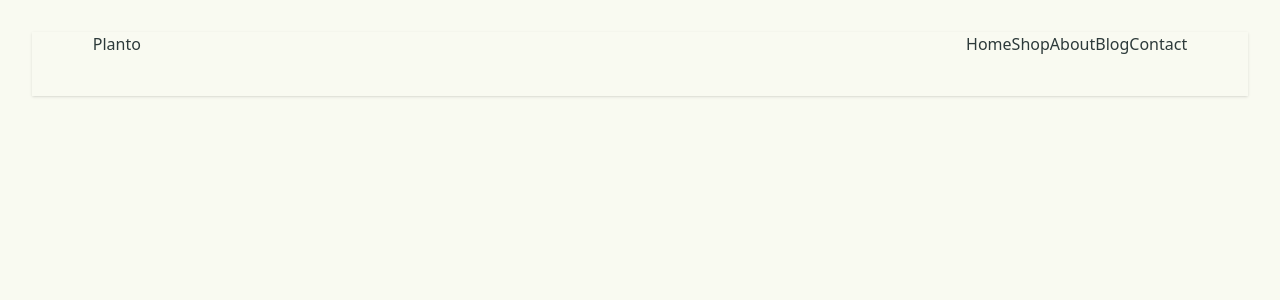
Repository: mazenessam99/Planto
Page: /
The author's editor kept a copy of each file at every save. The page is drawn from the files as they stood at one save, then again after a run of saves.
The browser window is 1280 px wide. The pictures show the whole page.
The project was rebuilt for these pictures with package versions that can differ from the ones it lists, and the page was loaded fresh each time. Also part of the build but not shown: vite.config.js, src/components/ui/Button.jsx.

Above is the page before, as saved 2025-11-21 22:03:24.

After the next 9 saves:
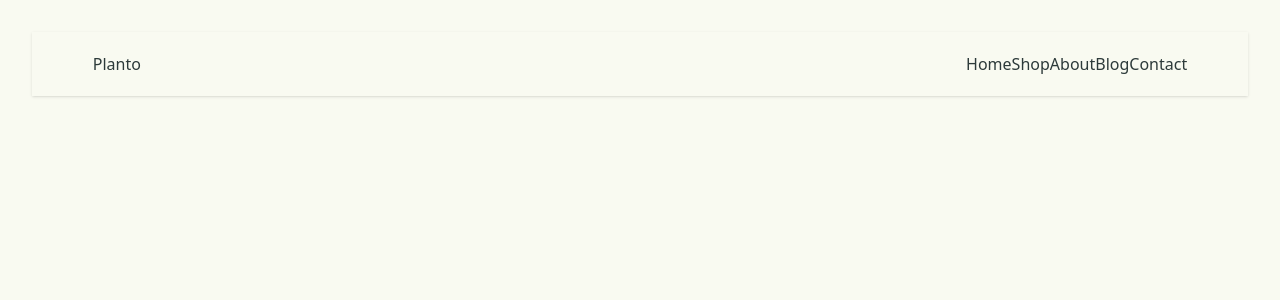
The 9 saves are shown as one change because they came seconds apart.
The last was saved 24 s later.
--- a/src/components/layout/Navbar.jsx
+++ b/src/components/layout/Navbar.jsx
@@ -5,7 +5,7 @@ import { NAVBAR_LINKS } from "../../utils/constants"
 
 const Navbar = () => {
     return (
-        <nav className="shadow h-16">
+        <nav className="shadow h-16 flex items-center">
             <div className="container flex justify-between items-center">
                 <h1 className="text-primary">Planto</h1>
                 <ul className="flex">
